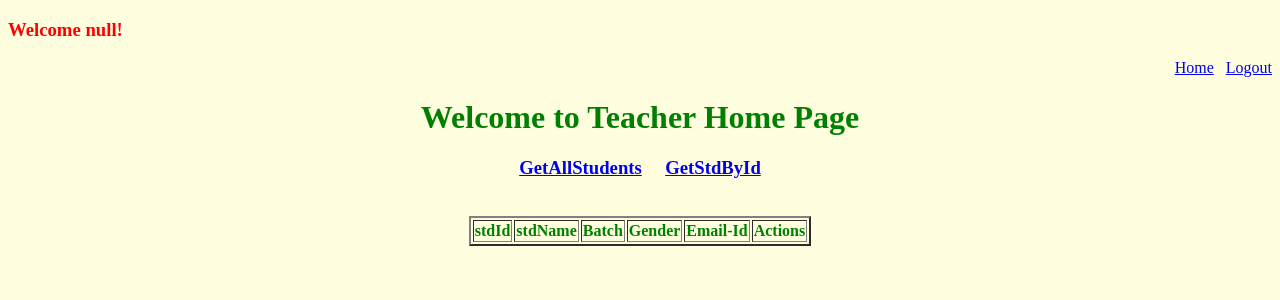
Repository: Konyala-Karthikeya/student_Details
Page: http://localhost/StudentWebApp/GetAllStds
An editor plug-in stored every save of this project. The page is shown before and after the next save, followed by the edit.
The browser window is 1280 px wide. The pictures show the whole page.
The page is served by Tomcat 9. Other server files are loaded and not shown. Queries for data that is not in the repository find no rows.

Above is the page before, as saved 2024-01-19 06:47:57.

### Sudent_Project/Workspace/StudentWebApp/WebContent/GetAllStd.jsp
<%@ page language="java" contentType="text/html; charset=ISO-8859-1"
    pageEncoding="ISO-8859-1" import="java.util.List, com.dto.Student"%>

    <!-- To Use JSTL Core Tags -->
<%@ taglib uri="http://java.sun.com/jsp/jstl/core" prefix="c" %>

<!DOCTYPE html PUBLIC "-//W3C//DTD HTML 4.01 Transitional//EN" "http://www.w3.org/TR/html4/loose.dtd">
<html>
<head>
<meta http-equiv="Content-Type" content="text/html; charset=ISO-8859-1">
<title>GetAllStds</title>
</head>
<body>


	<jsp:include page="TeacHomePage.jsp" />



	<table border="2" align="center">

		<tr>
			<th>stdId</th>
			<th>stdName</th>
			<th>Batch</th>
			<th>Gender</th>
			<th>Email-Id</th>
			<th colspan="2">Actions</th>
		</tr>

		<c:forEach var="std" items="${stdList}">

		<tr>
			<td> ${ std.stdId } </td>
			<td> ${ std.stdName } </td>
			<td> ${ std.batch } </td>
			<td> ${ std.gender } </td>
			<td> ${ std.emailId } </td>
			<td> <a href='EditStudent?stdId=${std.stdId}'>Edit</a> </td>
			<td> <a href='DeleteStudent?stdId=${std.stdId}'>Delete</a> </td>
		</tr>

		</c:forEach>

	</table>

</body>
</html>

### Sudent_Project/Workspace/StudentWebApp/WebContent/TeacHomePage.jsp
<%@ page language="java" contentType="text/html; charset=ISO-8859-1"
    pageEncoding="ISO-8859-1"%>
<!DOCTYPE html PUBLIC "-//W3C//DTD HTML 4.01 Transitional//EN" "http://www.w3.org/TR/html4/loose.dtd">
<html>
<head>
<meta http-equiv="Content-Type" content="text/html; charset=ISO-8859-1">
<title>TeacHomePage</title>
</head>
<body bgcolor='lightyellow' text='green'>

		<% String emailId = (String) session.getAttribute("emailId"); %>

		<h3 style='color:red;'>Welcome <%= emailId %>!</h3>

		<form align="right">
			<a href="TeacHomePage.jsp">Home</a> &nbsp;
			<a href="Logout">Logout</a>
		</form>

		<center>
		<h1>Welcome to Teacher Home Page</h1>

		<h3><a href='GetAllStds'>GetAllStudents</a> &nbsp; &nbsp;
		<a href='GetStdById.html'>GetStdById</a>
		</h3> <br/>

		</center>

</body>
</html>

### Sudent_Project/Workspace/StudentWebApp/src/com/web/GetAllStds.java
package com.web;

import java.io.IOException;
import java.io.PrintWriter;
import java.util.List;

import javax.servlet.RequestDispatcher;
import javax.servlet.ServletException;
import javax.servlet.annotation.WebServlet;
import javax.servlet.http.HttpServlet;
import javax.servlet.http.HttpServletRequest;
import javax.servlet.http.HttpServletResponse;

import com.dao.StudentDAO;
import com.dto.Student;

@WebServlet("/GetAllStds")
public class GetAllStds extends HttpServlet {

	protected void doGet(HttpServletRequest request, HttpServletResponse response) throws ServletException, IOException {
		response.setContentType("text/html");
		PrintWriter out = response.getWriter();

		StudentDAO stdDao = new StudentDAO();
		List<Student> stdList = stdDao.getAllStudents();

		if (stdList != null) {

			//Storing Student list under request object
			request.setAttribute("stdList", stdList);

			RequestDispatcher rd = request.getRequestDispatcher("GetAllStd.jsp");
			rd.forward(request, response);

		} else {

			RequestDispatcher rd = request.getRequestDispatcher("TeacHomePage.jsp");
			rd.include(request, response);

			out.println("<center>");
			out.println("<h1 style='color:red;'>Unable to Fetch the Student Record(s)!!!</h1>");
			out.println("</center>");
		}
	}

	protected void doPost(HttpServletRequest request, HttpServletResponse response) throws ServletException, IOException {
		doGet(request, response);
	}

}

### Sudent_Project/Workspace/StudentWebApp/src/com/dao/StudentDAO.java
package com.dao;

import java.sql.Connection;
import java.sql.PreparedStatement;
import java.sql.ResultSet;
import java.sql.SQLException;
import java.util.ArrayList;
import java.util.List;

import com.db.DbConnection;
import com.dto.Student;

public class StudentDAO {

	public Student stdLogin(String emailId, String password) {

		Connection con = DbConnection.getConnection();
		PreparedStatement pst = null;
		ResultSet rs = null;

		String loginQuery = "Select * from student where emailId=? and password=?";

		try {
			pst = con.prepareStatement(loginQuery);
			pst.setString(1, emailId);
			pst.setString(2, password);
			rs = pst.executeQuery();

			if (rs.next()) {
				Student std = new Student();
				std.setStdId(rs.getInt(1));
				std.setStdName(rs.getString(2));
				std.setBatch(rs.getString(3));
				std.setGender(rs.getString(4));
				std.setEmailId(rs.getString(5));
				std.setPassword(rs.getString(6));
				return std;
			}

		} catch (SQLException e) {
			e.printStackTrace();
		}

		finally {
			if (con != null) {
				try {
					rs.close();
					pst.close();
					con.close();
				} catch (SQLException e) {
					e.printStackTrace();
				}
			}
		}

		return null;
	}


	public List<Student> getAllStudents() {
		Connection con = DbConnection.getConnection();
		PreparedStatement pst = null;
		ResultSet rs = null;
		List<Student> stdList = null;

		String selectQuery = "Select * from student";


		try {
			pst = con.prepareStatement(selectQuery);
			rs = pst.executeQuery();

			stdList = new ArrayList<Student>();

			while (rs.next()) {
				Student std = new Student();

				std.setStdId(rs.getInt(1));
				std.setStdName(rs.getString(2));
				std.setBatch(rs.getString(3));
				std.setGender(rs.getString(4));
				std.setEmailId(rs.getString(5));
				std.setPassword(rs.getString(6));

				stdList.add(std);
			}

		} catch (SQLException e) {
			e.printStackTrace();
		}

		finally {
			if (con != null) {
				try {
					rs.close();
					pst.close();
					con.close();
				} catch (SQLException e) {
					e.printStackTrace();
				}
			}
		}
		return stdList;
	}

	public int registerStudent(Student std) {
		Connection con = DbConnection.getConnection();
		PreparedStatement pst = null;

		String insertQuery = "insert into student " +
				"(stdName, batch, gender, emailId, password) values (?, ?, ?, ?, ?)";

		try {
			pst = con.prepareStatement(insertQuery);

			pst.setString(1, std.getStdName());
			pst.setString(2, std.getBatch());
			pst.setString(3, std.getGender());
			pst.setString(4, std.getEmailId());
			pst.setString(5, std.getPassword());

			return pst.executeUpdate();

		} catch (SQLException e) {
			e.printStackTrace();
		}

		finally {
			if (con != null) {
				try {
					pst.close();
					con.close();
				} catch (SQLException e) {
					e.printStackTrace();
				}
			}
		}

		return 0;
	}

	public Student getStudentById(int stdId) {
		Connection con = DbConnection.getConnection();
		PreparedStatement pst = null;
		ResultSet rs = null;

		String selectQuery = "Select * from student where stdId=?";


		try {
			pst = con.prepareStatement(selectQuery);
			pst.setInt(1, stdId);
			rs = pst.executeQuery();

			if (rs.next()) {

				Student std = new Student();

				std.setStdId(rs.getInt(1));
				std.setStdName(rs.getString(2));
				std.setBatch(rs.getString(3));
				std.setGender(rs.getString(4));
				std.setEmailId(rs.getString(5));
				std.setPassword(rs.getString(6));

				return std;
			}

		} catch (SQLException e) {
			e.printStackTrace();
		}

		finally {
			if (con != null) {
				try {
					rs.close();
					pst.close();
					con.close();
				} catch (SQLException e) {
					e.printStackTrace();
				}
			}
		}
		return null;
	}


	public int deleteStudent(int stdId) {
		Connection con = DbConnection.getConnection();
		PreparedStatement pst = null;

		String deleteQuery = "delete from student where stdId=?";


		try {
			pst = con.prepareStatement(deleteQuery);
			pst.setInt(1, stdId);

			return pst.executeUpdate();

		} catch (SQLException e) {
			e.printStackTrace();
		}

		finally {
			if (con != null) {
				try {
					pst.close();
					con.close();
				} catch (SQLException e) {
					e.printStackTrace();
				}
			}
		}
		return 0;
	}


	public int updateStudent(Student std) {

		Connection con = DbConnection.getConnection();
		PreparedStatement pst = null;

		String updateQuery = "update Student set stdName=?, batch=?, gender=?, emailId=?, password=? where stdId=?";

		try {
			pst = con.prepareStatement(updateQuery);

			pst.setString(1, std.getStdName());
			pst.setString(2, std.getBatch());
			pst.setString(3, std.getGender());
			pst.setString(4, std.getEmailId());
			pst.setString(5, std.getPassword());
			pst.setInt(6, std.getStdId());

			return pst.executeUpdate();

		} catch (SQLException e) {
			e.printStackTrace();
		}

		finally {
			if (con != null) {
				try {
					pst.close();
					con.close();
				} catch (SQLException e) {
					e.printStackTrace();
				}
			}
		}

		return 0;
	}


}

### Sudent_Project/Workspace/StudentWebApp/src/com/db/DbConnection.java
package com.db;

import java.sql.Connection;
import java.sql.DriverManager;
import java.sql.SQLException;

public class DbConnection {
	public static Connection getConnection() {

		Connection con = null;
		String url = "jdbc:mysql://localhost:3306/fsd57";

		try {
			Class.forName("com.mysql.cj.jdbc.Driver");
			con = DriverManager.getConnection(url, "root", "root");
		} catch (ClassNotFoundException | SQLException e) {
			e.printStackTrace();
		}


		return con;
	}

}

After the next save:
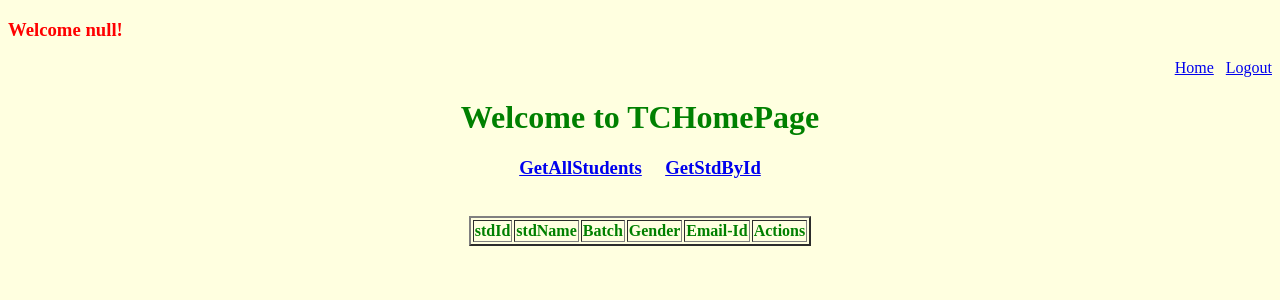
Saved 33 s later.
--- a/Sudent_Project/Workspace/StudentWebApp/WebContent/TeacHomePage.jsp
+++ b/Sudent_Project/Workspace/StudentWebApp/WebContent/TeacHomePage.jsp
@@ -4,8 +4,9 @@
 <html>
 <head>
 <meta http-equiv="Content-Type" content="text/html; charset=ISO-8859-1">
-<title>TeacHomePage</title>
+<title>TCHomePage</title>
 </head>
+
 <body bgcolor='lightyellow' text='green'>
 
 		<% String emailId = (String) session.getAttribute("emailId"); %>
@@ -18,13 +19,14 @@
 		</form>
 
 		<center>
-		<h1>Welcome to Teacher Home Page</h1>
+		<h1>Welcome to TCHomePage</h1>
 
-		<h3><a href='GetAllStds'>GetAllStudents</a> &nbsp; &nbsp;
-		<a href='GetStdById.html'>GetStdById</a>
+		<h3><a href='GetAllStd'>GetAllStudents</a> &nbsp; &nbsp;
+		<a href='GetStdById.jsp'>GetStdById</a>
 		</h3> <br/>
 
 		</center>
 
+
 </body>
 </html>
